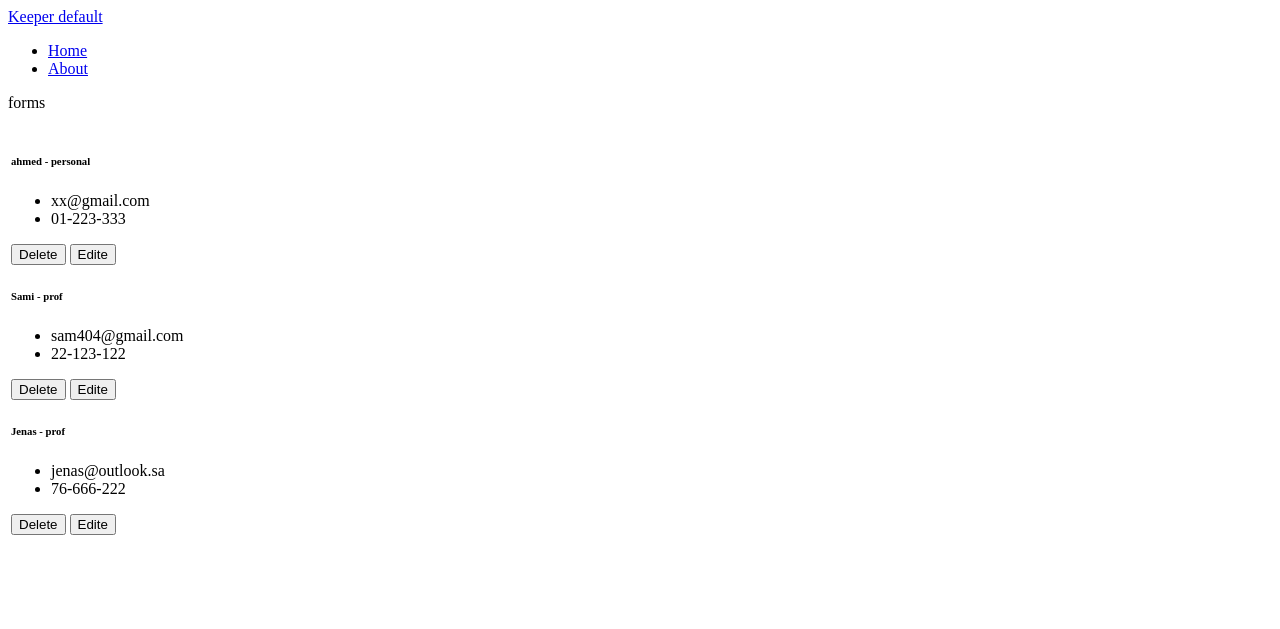
Repository: 3bdulrahman/contact-keeper
Page: / (app in client/)
An editor plug-in stored every save of this project. The page is shown before and after the next save, followed by the edit.
The browser window is 1280 px wide. The pictures show the whole page.
The project was rebuilt for these pictures with package versions that can differ from the ones it lists, and the page was loaded fresh each time. A package was used in the major version that the imports need, not the one package.json lists. Also part of the build but not shown: client/src/components/pages/About.js, client/src/App.css.

Above is the page before, as saved 2020-04-06 20:55:55.

### client/src/App.js
import React,{Fragment} from 'react';
import { BrowserRouter as Router , Route , Switch } from 'react-router-dom'
import Navbar from './components/layout/Navbar'
import Home from './components/pages/Home'
import About from './components/pages/About'
import ContactState  from './context/contact/ContactState'
import './App.css'
const  App = ()=> {
   return (
    <ContactState>
    <Router>
    <Fragment>
         <Navbar   />
         <div className='container'>
             <Switch>
               <Route exact path='/' component={Home} />
               <Route exact path='/about' component={About} />
             </Switch>
         </div>
    </Fragment>
    </Router>
    </ContactState>
  );
}

export default App;

### client/src/components/layout/Navbar.js
import React from 'react'
import {Link} from 'react-router-dom'
import PropTypes from 'prop-types'

 const Navbar = ({title}) => {
    return (
      <nav class="navbar navbar-expand-sm bg-dark navbar-dark">

      <a class="navbar-brand" href="#">{title}</a>


      <ul class="navbar-nav">
        <li class="nav-item">
        <Link class="nav-link" to="/"><i className='fa fa-home'></i> Home</Link>
        </li>
        <li class="nav-item">
          <Link class="nav-link" to="/about">About</Link>
        </li>

      </ul>
    </nav>
    )
}

Navbar.propTypes= {
     title:PropTypes.string.isRequired
}
Navbar.defaultProps = {
     title:'Keeper default '
}

export default Navbar

### client/src/components/pages/Home.js
import React from 'react'
import Contacts from '../contacts/contacts'
 const Home = () => {
    return (
        <div className="row">
            <div className="col-md-6 col-lg-6">forms</div>
             <div className="col-md-6 col-lg-6">
                 <br />
                 <Contacts /></div>
        </div>
    )
}

export default Home

### client/src/context/contact/ContactState.js
import React,{useReducer} from 'react'
import uuid from 'uuid'
import contactContext from './ContactContext'
import { UPDATE_CONTACT,CLEAR_CURRENT,DELETE_CONTACT,SET_CURRENT,ADD_CONTACT,SET_ALERT,REMOVE_ALERT,
    FILTER_CONTACTS,CLEAR_FILTER} from '../type'
import contactReducer from '../contact/ContactReducer'
const ContactState = props=>{
       const contactInit = {
             contacts:[
                   {id:1,name:"ahmed",email:"xx@gmail.com",phone:"01-223-333",type:"personal"},
                   {id:2,name:"Sami",email:"sam404@gmail.com",phone:"22-123-122",type:"prof"},
                   {id:3,name:"Jenas",email:"jenas@outlook.sa",phone:"76-666-222",type:"prof"}
             ]
       };
       const [state,dispatch] = useReducer(contactReducer,contactInit)
       //add contact
       return(
            <contactContext.Provider value={{
                contacts:state.contacts
            }}>
                {props.children}
            </contactContext.Provider>
       )
}

export default ContactState

### client/src/components/contacts/contacts.js
import React,{useContext,Fragment} from 'react'
import ContactContext from '../../context/contact/ContactContext'
import ContactsItem from './contactsItem'
 const Contacts = () => {
    const contextContact = useContext(ContactContext)
    const {contacts} = contextContact
    return (
        <Fragment>
            {contacts.map(contact=> <ContactsItem key={contact.id} contact={contact} />)}
        </Fragment>
    )
}
export default Contacts

### client/src/context/contact/ContactContext.js
import {createContext} from 'react'
const contactContext = createContext()
export default contactContext

### client/src/context/type.js
export const ADD_CONTACT="ADD_CONTACT"
export const DELETE_CONTACT="DELETE_CONTACT"
export const UPDATE_CONTACT="UPDATE_CONTACT"
export const FILTER_CONTACTS="FILTER_CONTACTS"
export const CLEAR_FILTER="CLEAR_FILTER"
export const SET_CURRENT="SET_CURRENT"
export const CLEAR_CURRENT="CLEAR_CURRENT"
export const SET_ALERT="SET_ALERT"
export const REMOVE_ALERT="REMOVE_ALERT"

### client/src/context/contact/ContactReducer.js
import { UPDATE_CONTACT,CLEAR_CURRENT,DELETE_CONTACT,SET_CURRENT,ADD_CONTACT,SET_ALERT,REMOVE_ALERT,
    FILTER_CONTACTS,CLEAR_FILTER} from '../type'

export default (state,action)=>{
      switch(action.type){
           default:
               return state
      }
}

### client/src/components/contacts/contactsItem.js
import React from 'react'

 const ContactsItem = ({contact}) => {
    const {id,name,email,phone,type} = contact
    return (
        <div className="card" style={{margin:'3px'}}>

              <div className="card-body">
              <div className="card-title">
              <h6 className="text-info"><i className="fa fa-user"></i> {name} - <span className={'badge ' + (type==='personal'?'badge-primary':'badge-danger')}>{type}</span></h6>
              </div>

              <div className="card-text">
                  <ul className="list-inline">
                      <li><i class="fas fa-fire"></i> {email&& <span className="label label-primary">{email}</span>}</li>
                      <li><i class="fas fa-phone"></i> {phone&& <span className="label label-warning">{' '+phone}</span>}</li>
                  </ul>
              </div>
              <div className="card-link"><button className="btn btn-danger btn-sm">Delete</button>{' '}
              <button className="btn btn-primary btn-sm">Edite</button>
               </div>

              </div>
        </div>
    )
}
export default ContactsItem

### client/src/components/contacts/contactForm.js
import React,{useState,useContext} from 'react'

 const Contactform = () => {
    const [ contact,setContact] = useState({
          name:'' , email:'',phone:'',type:'personal'
    })
    const {name,email,phone,type} = contact
    const onChange = e=> setContact({...contact,[e.target.name]:e.target.value})
    const onSubmit = e=>{
        e.preventDefault()
        // add method
        console.log(contact)
        setContact({name:'' , email:'',phone:'',type:'personal'})
    }
    return (
        <form onSubmit={onSubmit}>
        <h2>ADD NEW CONTACT </h2>
            <div className='form-group'>
                <input type='text' className='form-control'
                placeholder='the name' name='name' value={name} onChange={onChange} />
                <input type='text' className='form-control'
                placeholder='enter email adress'name='email' value={email} onChange={onChange} />
                <input type='text' className='form-control'
                placeholder='the phone' name='phone' value={phone} onChange={onChange} />
                type is : <input type='radio' className='form-control'
                 value={type} name='type' checked={type==='personal'} onChange={onChange}/>{' '}
                  <input type='radio' className='form-control'
                 value={type} name='type' checked={type==='prof'} onChange={onChange}/>
                 <input type='submit' text='Add new' className='btn btn-block btn-primary' />


            </div>
        </form>
    )
}


export default Contactform

Loaded but not shown: client/src/index.js (common file)

After the next save:
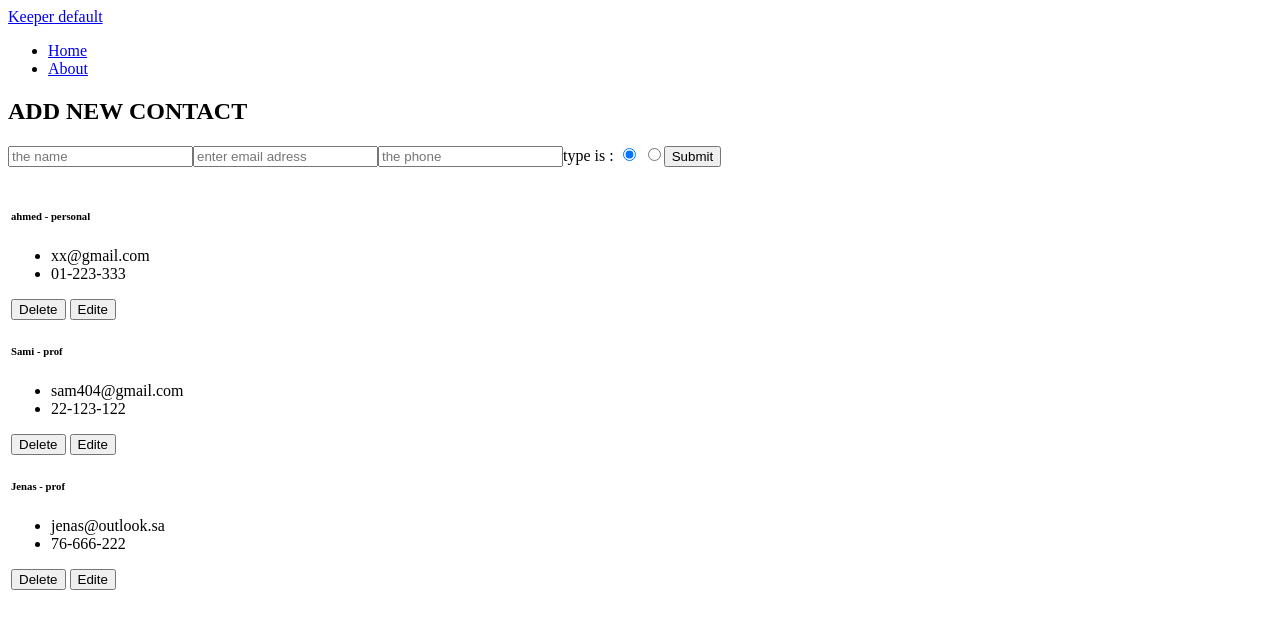
Saved 69 s later.
--- a/client/src/components/pages/Home.js
+++ b/client/src/components/pages/Home.js
@@ -1,9 +1,12 @@
 import React from 'react'
 import Contacts from '../contacts/contacts'
+import Contactform from '../contacts/contactForm'
  const Home = () => {
     return (
         <div className="row">
-            <div className="col-md-6 col-lg-6">forms</div>
+            <div className="col-md-6 col-lg-6">
+                <Contactform />
+            </div>
              <div className="col-md-6 col-lg-6">
                  <br />
                  <Contacts /></div>
